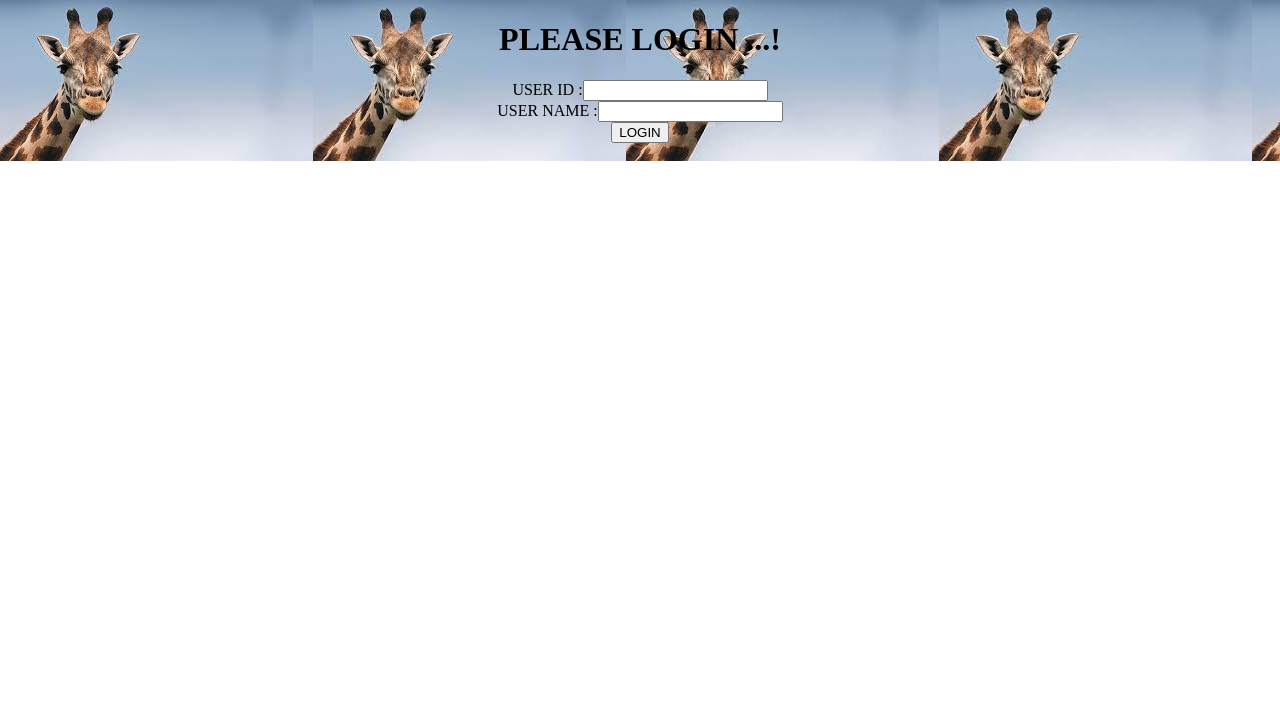
Repository: Thaneshwara848/E-Y
Page: Jdbc-Servlet-Jsp/Webemo5/src/main/webapp/LoginPage.html
An editor plug-in stored every save of this project. The page is shown before and after the next save, followed by the edit.
The browser window is 1280 px wide. The pictures show the whole page.

Above is the page before, as saved 2023-05-22 06:38:34.

### Jdbc-Servlet-Jsp/Webemo5/src/main/webapp/LoginPage.html
<!DOCTYPE html>
<html>
<head>
<meta charset="UTF-8">
<title>Insert title here</title>
<style type="text/css">
	body{
	background-image: url("ey.jpg");
	background-repeat: repeat-x;

	}
</style>
</head>
<body >
<div style="text-align: center;">

	<form action="Login" method="POST">
	<h1> PLEASE LOGIN ...!</h1>
		USER ID :<input type="text" name="uname"><br>
		USER NAME :<input type="text" name="upass"><br>

		<input type="submit" value="LOGIN">
	</form>

</div>

</body>
</html>

After the next save:
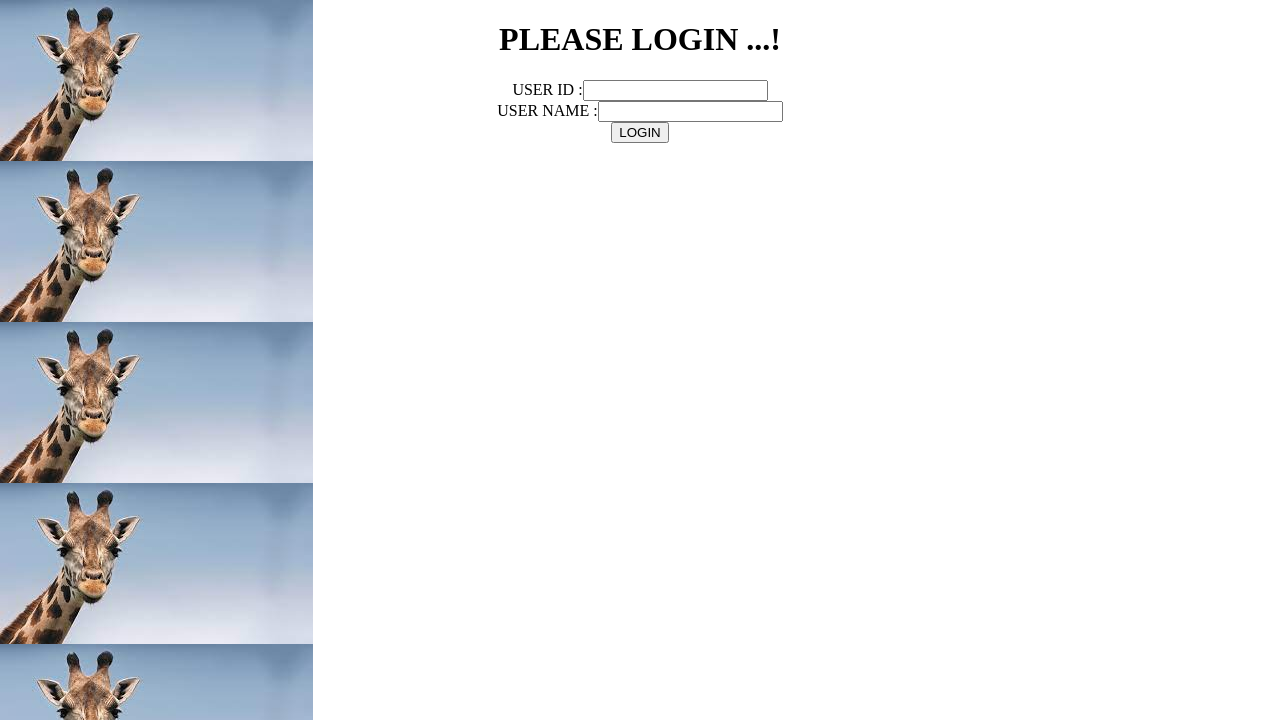
Saved 4 s later.
--- a/Jdbc-Servlet-Jsp/Webemo5/src/main/webapp/LoginPage.html
+++ b/Jdbc-Servlet-Jsp/Webemo5/src/main/webapp/LoginPage.html
@@ -6,7 +6,7 @@
 <style type="text/css">
 	body{
 	background-image: url("ey.jpg");
-	background-repeat: repeat-x;
+	background-repeat: repeat-y;
 
 	}
 </style>
